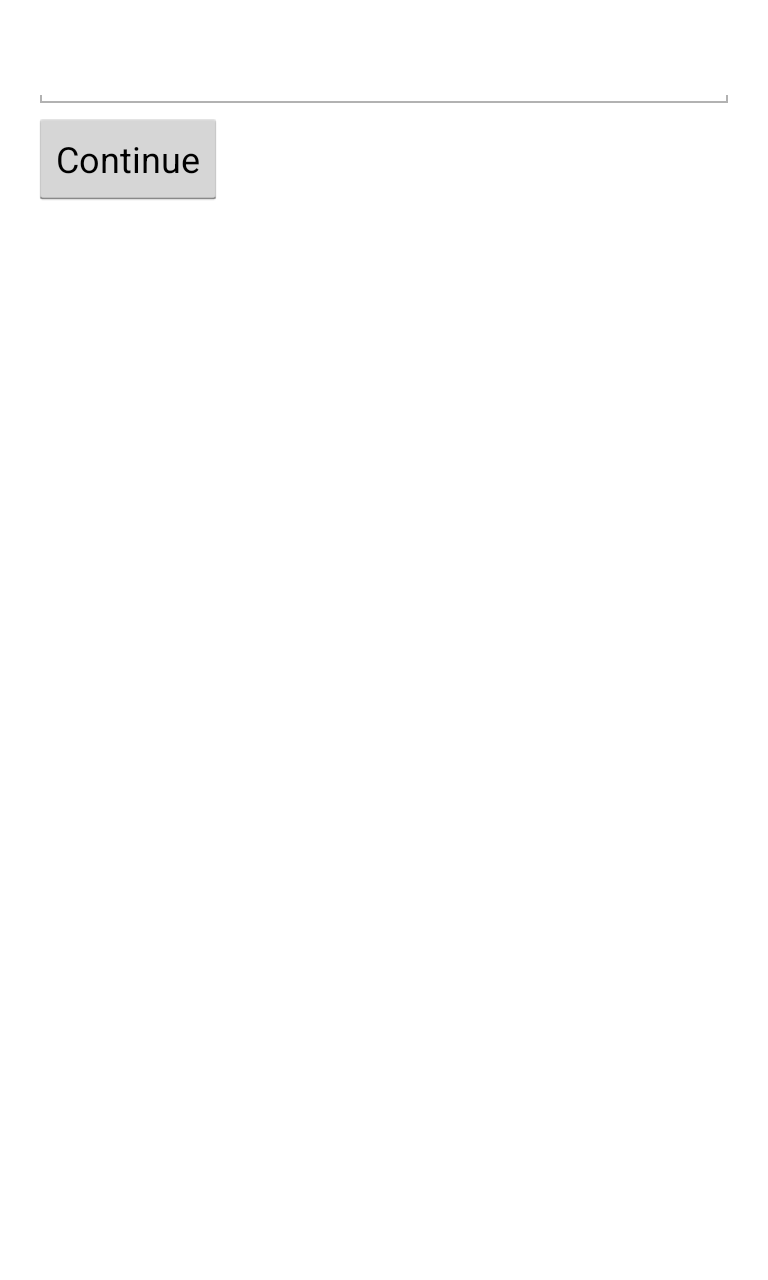
Repository: ericMedeiros93/Android-Dev
Layout: week5_inclass/res/layout/activity_get_last_name.xml
These files come from the project's save history. The layout is drawn as it stood at one moment and after the next save; the edit follows.
It is drawn on a 768 x 1280 px phone screen (xhdpi) without system bars, with theme AppTheme; the app's code is not run.

Above is the layout before, as saved 2014-10-01 17:12:04.

### week5_inclass/res/layout/activity_get_last_name.xml
<LinearLayout xmlns:android="http://schemas.android.com/apk/res/android"
    xmlns:tools="http://schemas.android.com/tools"
    android:layout_width="match_parent"
    android:layout_height="match_parent"
    android:orientation="vertical"
    android:paddingBottom="@dimen/activity_vertical_margin"
    android:paddingLeft="@dimen/activity_horizontal_margin"
    android:paddingRight="@dimen/activity_horizontal_margin"
    android:paddingTop="@dimen/activity_vertical_margin"
    tools:context="com.ericmedeiros.week5_intnet.MainActivity" >


    <EditText

        android:id="@+id/edtFirstName"
        android:layout_width="match_parent"
        android:layout_height="wrap_content"
        />


     <Button
        android:id="@+id/btnReturn"
        android:layout_width="wrap_content"
        android:layout_height="wrap_content"
        android:onClick="sendFirstName"
        android:text="Continue"/>

</LinearLayout>

Loaded but not shown: week5_inclass/res/values/styles.xml (common file); week5_inclass/res/values-v11/styles.xml (common file); week5_inclass/res/values-v14/styles.xml (common file); week5_inclass/res/values/dimens.xml (common file); week5_inclass/res/values-w820dp/dimens.xml (common file)

After the next save:
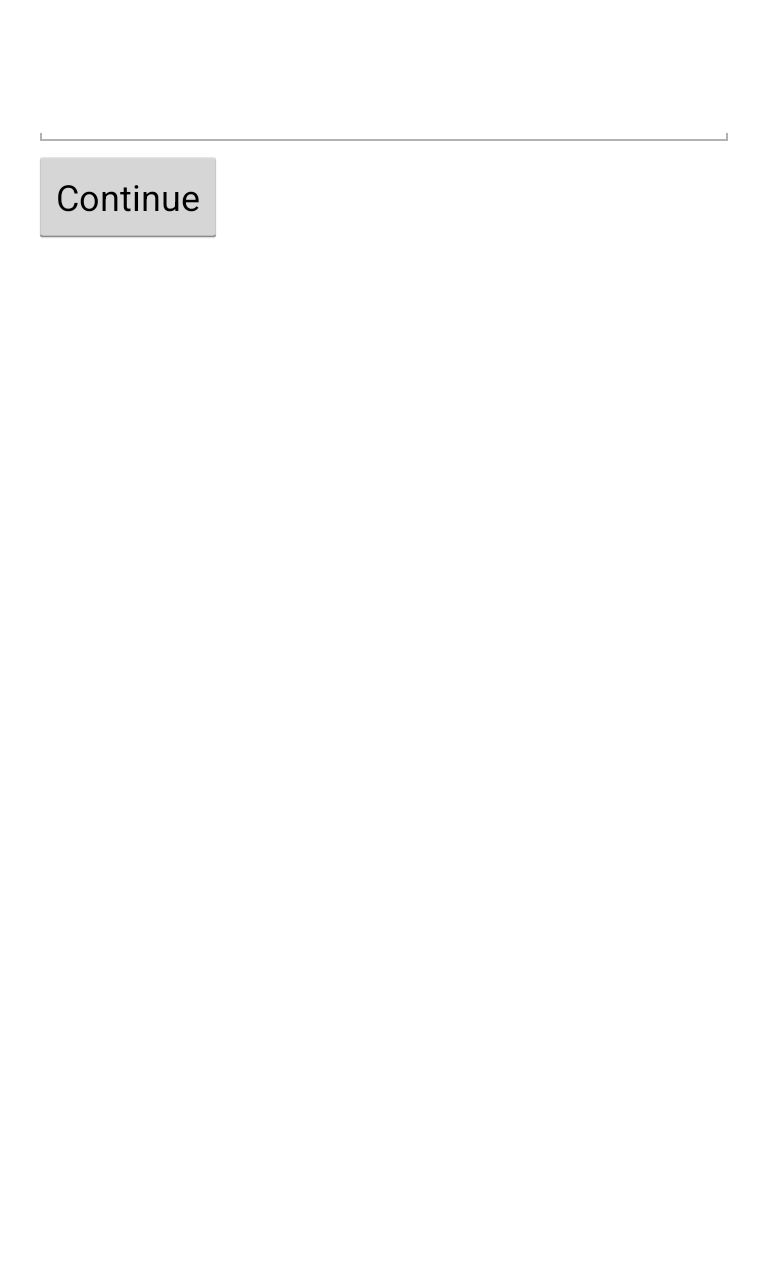
Saved 10 s later.
--- a/week5_inclass/res/layout/activity_get_last_name.xml
+++ b/week5_inclass/res/layout/activity_get_last_name.xml
@@ -8,6 +8,13 @@
     android:paddingRight="@dimen/activity_horizontal_margin"
     android:paddingTop="@dimen/activity_vertical_margin"
     tools:context="com.ericmedeiros.week5_intnet.MainActivity" >
+
+    <TextView
+
+        android:id="@+id/edtFirstName"
+        android:layout_width="match_parent"
+        android:layout_height="wrap_content"
+        />
 
 
     <EditText
